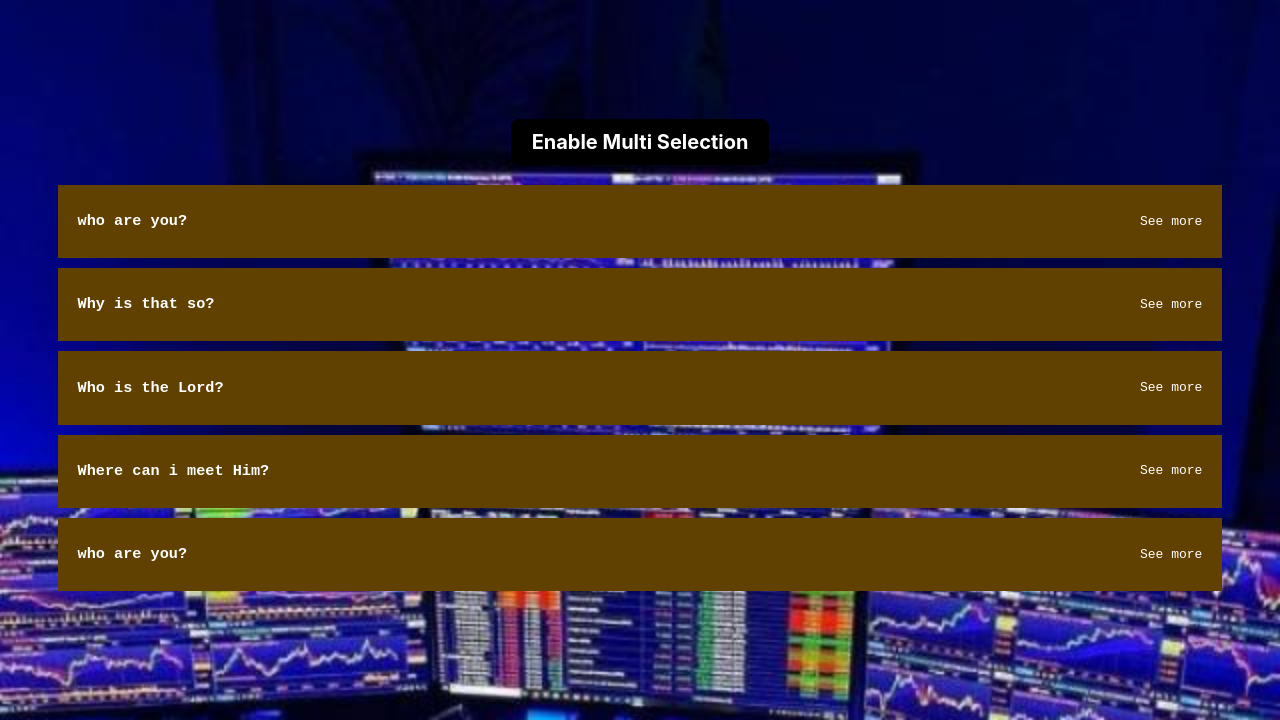
Repository: profbkmurage/reactprojectsBK
Page: /
The author's editor kept a copy of each file at every save. The page is drawn from the files as they stood at one save, then again after a run of saves.
The browser window is 1280 px wide. The pictures show the whole page.
The project was rebuilt for these pictures with package versions that can differ from the ones it lists, and the page was loaded fresh each time. Also part of the build but not shown: vite.config.js.

Above is the page before, as saved 2025-02-23 10:15:26.

### src/App.jsx
import Accordian from './components/accordian'

function App () {
  return <Accordian />
}
export default App

### src/components/accordian/index.jsx
import { useState } from 'react'
import data from './data.js'
import './style.css'

export default function Accordian () {
    const [selected, setSelected] = useState(null) //keeps track of a sigle selected item
     const [enableMultipleSelection, setEnableMultipleSelection] = useState(false)
    const [multipleSelection, setMultipleSelection] = useState([])//keeps track of multiple selected item.

  function handleSigleSelection (getCurrentId) {
    setSelected(getCurrentId === selected ? null : getCurrentId) //if the current id is already selected, it will not display it twice otherwise it will display it
  }

  function handleMultiSelection (getCurrentId) {
    let copyMultiple = [...multipleSelection]
    const findIndexOfCurrentId = copyMultiple.indexOf(getCurrentId)
    if (findIndexOfCurrentId === -1) copyMultiple.push(getCurrentId)
    else copyMultiple.splice(findIndexOfCurrentId, 1)

    setMultipleSelection(copyMultiple)
  }
//   console.log(selected, multipleSelection)
  return (
    <div className='wrapper'>
      <button
        onClick={() => setEnableMultipleSelection(!enableMultipleSelection)}
      >
        Enable Multi Selection
      </button>
      <div className='accordian'>
        {data && data.length > 0 ? (
          data.map(dataItem => (
            <div key={dataItem.id} className='item'>
              <div
                onClick={
                  enableMultipleSelection
                    ? () => handleMultiSelection(dataItem.id)
                    : () => handleSigleSelection(dataItem.id)
                } //we check to see if the multiselction mode is enabled and use its funtion otherwise we use the single selection mode
                className='title'
              >
                <h3>{dataItem.question}</h3>
                <span>See more</span>
              </div>
              {selected === dataItem.id ||
              multipleSelection.indexOf(dataItem.id) !== -1 ? (
                <div className='content'>{dataItem.answer}</div>
              ) : null}
            </div>
          ))
        ) : (
          <div>No data found</div>
        )}
      </div>
    </div>
  )
}

### src/components/accordian/data.js
const data = [
    {
        id: '1',
        question: 'who are you?',
        answer: 'i am whom the Lord says i am'
    },
    {
        id: '2',
        question: 'Why is that so?',
        answer: 'i am whom the Lord says i am'
    },
    {
        id: '3',
        question: 'Who is the Lord?',
        answer: 'i am whom the Lord says i am'
    },
    {
        id: '4',
        question: 'Where can i meet Him?',
        answer: 'i am whom the Lord says i am'
    },
    {
        id: '5',
        question: 'who are you?',
        answer: 'i am whom the Lord says i am'
    }
];

export default data;

### src/components/accordian/style.css
body {
    overflow: hidden;
    background-image: url(../../assets/coding.jpg);
    background-repeat: no-repeat;
    background-size: 100vw;
}

.wrapper {
    display: flex;
    height: 100vh;
    width: 100vw;
    justify-content: center;
    align-items: center;
    flex-direction: column;
    gap: 20px;
}

.wrapper button {
    cursor: pointer;
    font-weight: bold;
    font-size: 20px;
    color: white;
    background-color: black;
    padding: 10px 20px;
}

.accordian {
    width: 91vw;
}

.item {
    background: #614101;
    margin-bottom: 10px;
    padding: 10px 20px;
    font-family: monospace;
}

.title {
    color: #fff;
    display: flex;
    justify-content: space-between;
    align-items: center;
    cursor: pointer;
}

.content {
    color: white;
    height: auto;
}

Loaded but not shown: index.html (common file); src/main.jsx (common file); src/index.css (common file)

After the next 2 saves:
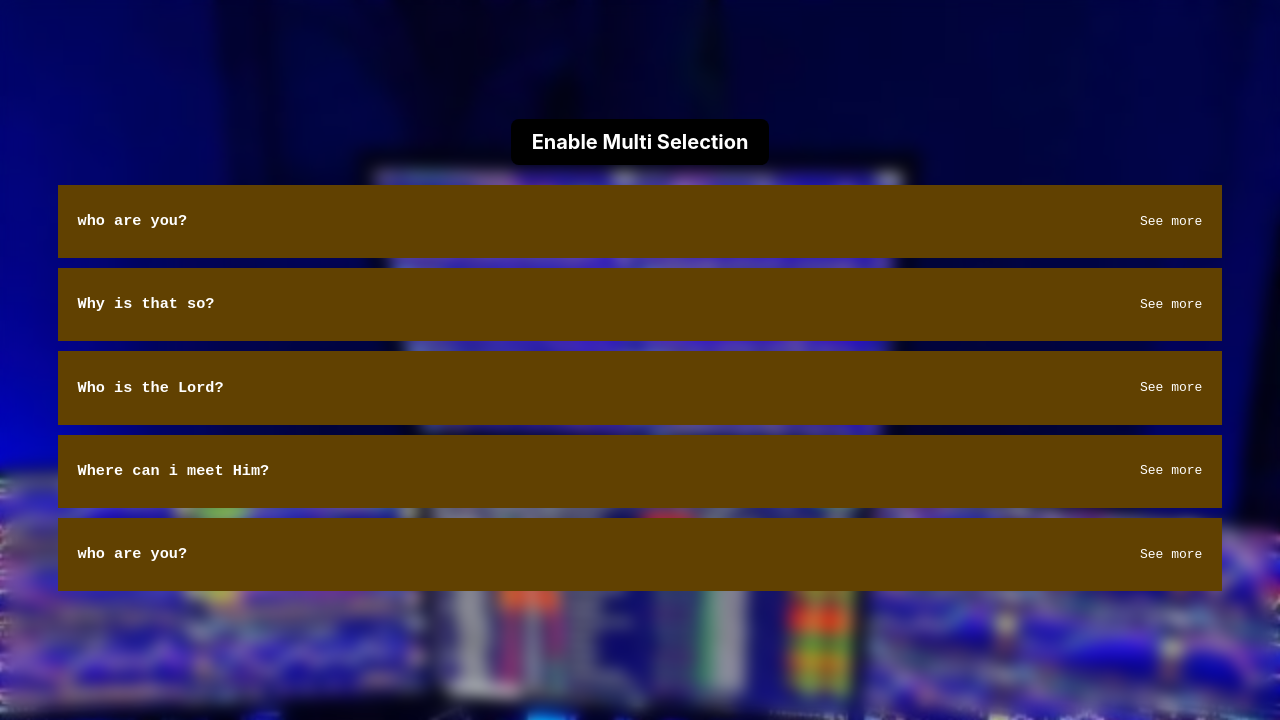
The 2 saves are shown as one change because they came seconds apart.
The last was saved 2 min 6 s later.
--- a/src/components/accordian/style.css
+++ b/src/components/accordian/style.css
@@ -13,6 +13,8 @@
     align-items: center;
     flex-direction: column;
     gap: 20px;
+    backdrop-filter: blur(8px);
+    width: 100vw;
 }
 
 .wrapper button {

After the 2 saves that followed:
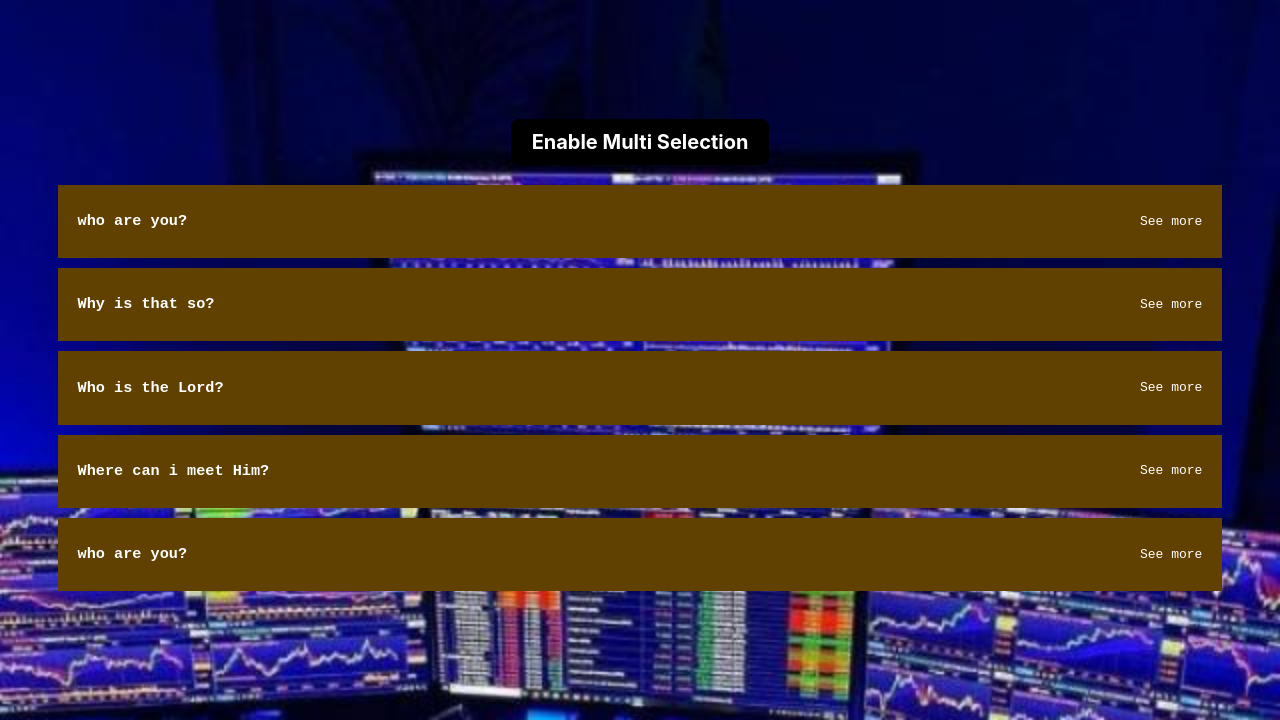
The 2 saves are shown as one change because they came seconds apart.
The last was saved 23 s later.
--- a/src/components/accordian/style.css
+++ b/src/components/accordian/style.css
@@ -13,8 +13,7 @@
     align-items: center;
     flex-direction: column;
     gap: 20px;
-    backdrop-filter: blur(8px);
-    width: 100vw;
+
 }
 
 .wrapper button {
